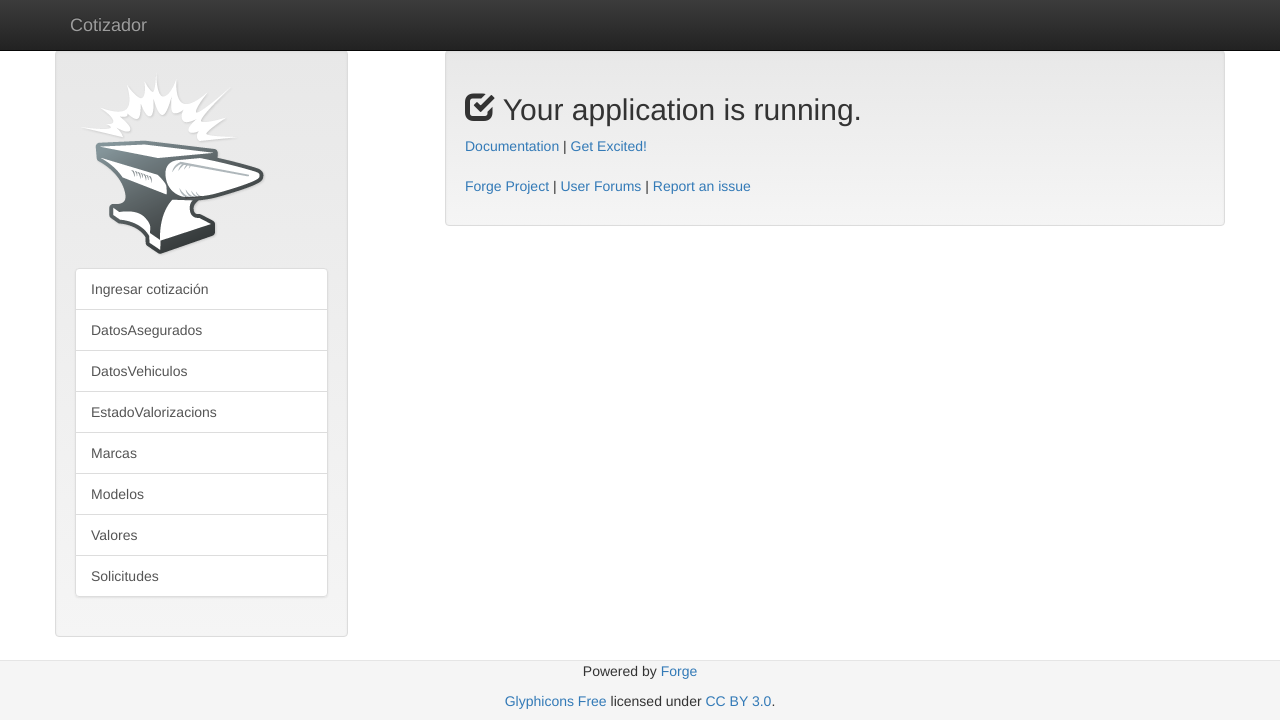
Repository: PabloRPalma/SistemaVentaSeguros
Page: Cotizador/src/main/webapp/app.html
An editor plug-in stored every save of this project. The page is shown before and after the next save, followed by the edit.
The browser window is 1280 px wide. The pictures show the whole page.
The page's requests for data from a server got no answer.

Above is the page before, as saved 2021-02-06 13:24:59.

After the next save:
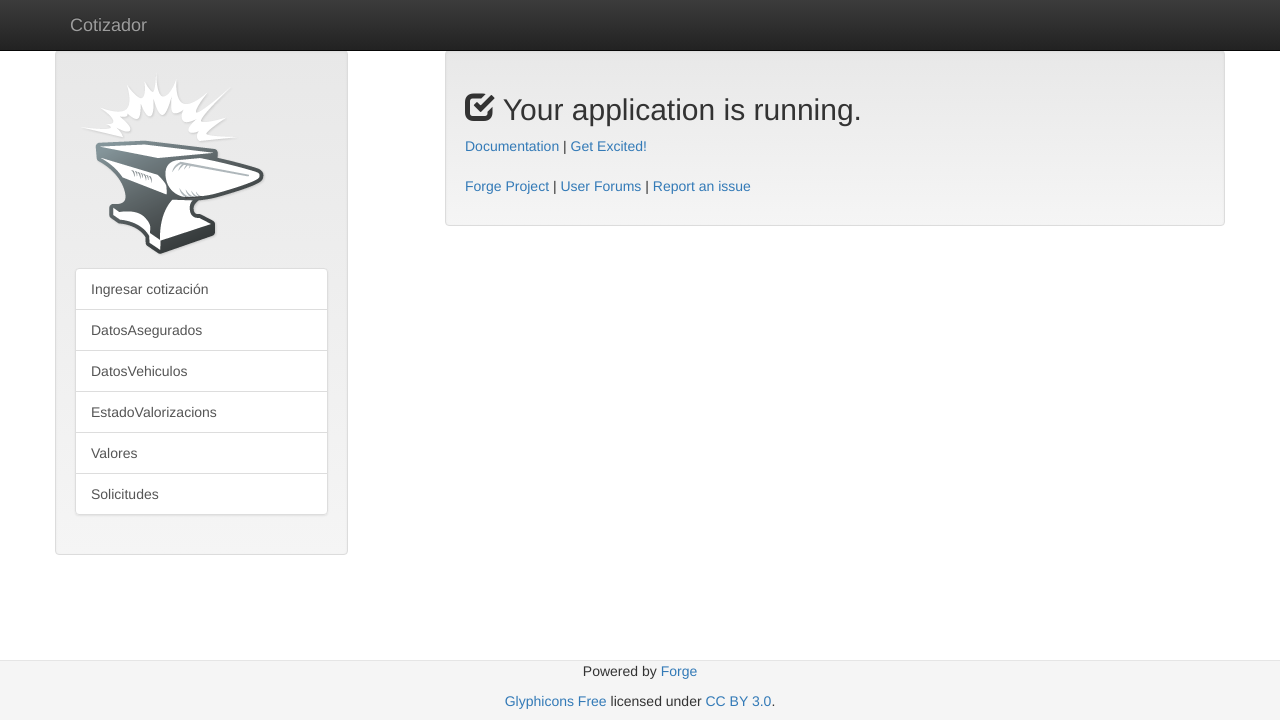
Saved 4 s later.
--- a/Cotizador/src/main/webapp/app.html
+++ b/Cotizador/src/main/webapp/app.html
@@ -38,8 +38,7 @@
                         	<a class="list-group-item" ng-class="{active: matchesRoute('DatosAsegurados')}" href="#/DatosAsegurados" data-toggle="offcanvas">DatosAsegurados</a>
                         	<a class="list-group-item" ng-class="{active: matchesRoute('DatosVehiculos')}" href="#/DatosVehiculos" data-toggle="offcanvas">DatosVehiculos</a>
                         	<a class="list-group-item" ng-class="{active: matchesRoute('EstadoValorizacions')}" href="#/EstadoValorizacions" data-toggle="offcanvas">EstadoValorizacions</a>
-                        	<a class="list-group-item" ng-class="{active: matchesRoute('Marcas')}" href="#/Marcas" data-toggle="offcanvas">Marcas</a>
-                        	<a class="list-group-item" ng-class="{active: matchesRoute('Modelos')}" href="#/Modelos" data-toggle="offcanvas">Modelos</a>
+
                         	<a class="list-group-item" ng-class="{active: matchesRoute('ResultadoValorizacions')}" href="#/ResultadoValorizacions" data-toggle="offcanvas">Valores</a>
                         	<a class="list-group-item" ng-class="{active: matchesRoute('Valorizacions')}" href="#/Valorizacions" data-toggle="offcanvas">Solicitudes</a>
                         </div>
